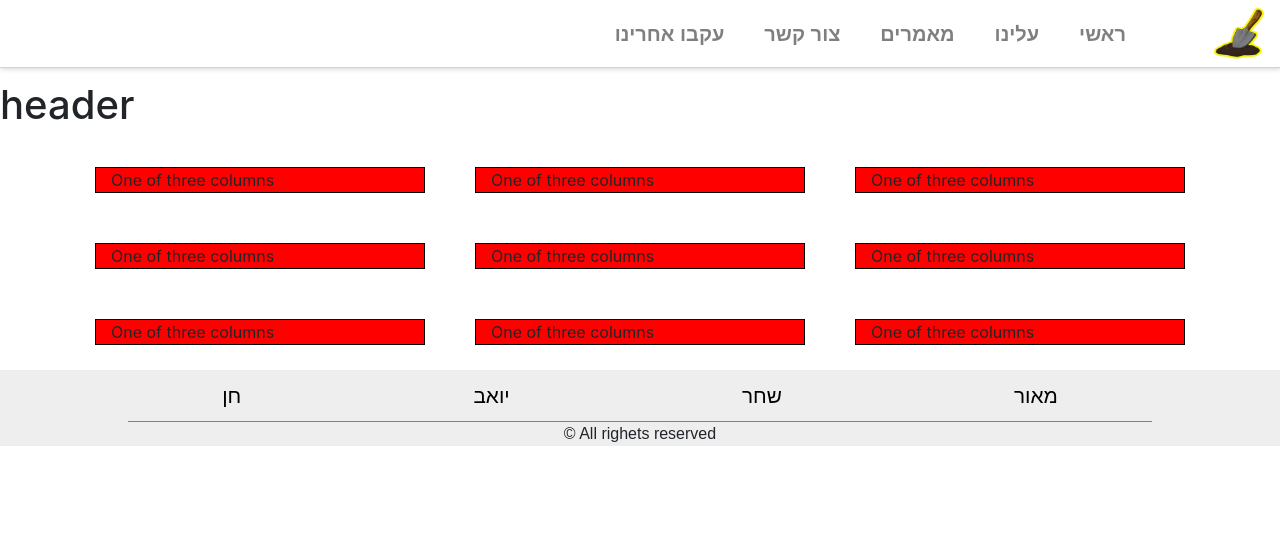
Repository: yoavBenZion/Blog-Zubi
Page: articlesPage.html
These files come from the project's save history. The page is drawn as it stood at one moment and after the next save; the edit follows.
The browser window is 1280 px wide. The pictures show the whole page.
Some web fonts or font styles are not loaded; a fallback is used. Some web libraries are served in a nearby version.

Above is the page before, as saved 2017-10-26 11:36:43.

### articlesPage.html
<!DOCTYPE html>
<html lang="he">

<head>
    <meta charset="UTF-8">
    <meta name="viewport" content="width=device-width, initial-scale=1,user-scalable=no;">
    <title>החופרים</title>
    <link rel="stylesheet" href="https://maxcdn.bootstrapcdn.com/bootstrap/4.0.0-beta/css/bootstrap.min.css" integrity="sha384-/Y6pD6FV/Vv2HJnA6t+vslU6fwYXjCFtcEpHbNJ0lyAFsXTsjBbfaDjzALeQsN6M"
        crossorigin="anonymous">
    <link rel="stylesheet" href="https://maxcdn.bootstrapcdn.com/bootstrap/4.0.0-beta.2/css/bootstrap.min.css" integrity="sha384-PsH8R72JQ3SOdhVi3uxftmaW6Vc51MKb0q5P2rRUpPvrszuE4W1povHYgTpBfshb"
        crossorigin="anonymous">

    <script src="https://code.jquery.com/jquery-3.2.1.slim.min.js" integrity="sha384-KJ3o2DKtIkvYIK3UENzmM7KCkRr/rE9/Qpg6aAZGJwFDMVNA/GpGFF93hXpG5KkN"
        crossorigin="anonymous"></script>
    <script src="https://cdnjs.cloudflare.com/ajax/libs/popper.js/1.12.3/umd/popper.min.js" integrity="sha384-vFJXuSJphROIrBnz7yo7oB41mKfc8JzQZiCq4NCceLEaO4IHwicKwpJf9c9IpFgh"
        crossorigin="anonymous"></script>
    <script src="https://maxcdn.bootstrapcdn.com/bootstrap/4.0.0-beta.2/js/bootstrap.min.js" integrity="sha384-alpBpkh1PFOepccYVYDB4do5UnbKysX5WZXm3XxPqe5iKTfUKjNkCk9SaVuEZflJ"
        crossorigin="anonymous"></script>
    <link rel="stylesheet" href="css/Gridrispon.css" type="text/css">
    <link rel="stylesheet" href="css/header.css" type="text/css">
    <link rel="stylesheet" href="css/PopupRispon.css">
    <link rel="stylesheet" href="css/footer.css">
    <link rel="stylesheet" type="text/css" href="css/articlesPage.css">



</head>

<body dir="rtl">
    <header>

        <nav class="navbar navbar-expand-sm navbar-light bg-faded">
            <button class="navbar-toggler" type="button" data-toggle="collapse" data-target="#nav-content" aria-controls="nav-content"
                aria-expanded="false" aria-label="Toggle navigation">
                <span class="navbar-toggler-icon"></span>
            </button>
            <div class="logo">
                <img src="./img/shovel-575661_1280.png">
            </div>
            <!-- Brand -->
            <a class="navbar-brand" href="#"> </a>

            <!-- Links -->
            <div class="collapse navbar-collapse" id="nav-content">
                <ul class="navbar-nav">
                    <li class="nav-item">
                        <a class="nav-link" href="#1">ראשי</a>
                    </li>
                    <li class="nav-item">
                        <a class="nav-link" href="#2">עלינו</a>
                    </li>
                    <li class="nav-item">
                        <a class="nav-link" href="#5">מאמרים</a>
                    </li>
                    <li class="nav-item">
                        <a class="nav-link" href="contact.html">צור קשר</a>
                    </li>
                    <li class="nav-item">
                        <a class="nav-link" href="subscribe.html">עקבו אחרינו</a>
                    </li>

                </ul>

            </div>

        </nav>

    </header>


    <h1>header</h1>
    <div class="container">
        <div class="row">
            <div class="col">
                One of three columns
            </div>
            <div class="col">
                One of three columns
            </div>
            <div class="col">
                One of three columns
            </div>
        </div>
        <div class="row">
            <div class="col">
                One of three columns
            </div>
            <div class="col">
                One of three columns
            </div>
            <div class="col">
                One of three columns
            </div>
        </div>
        <div class="row">
            <div class="col">
                One of three columns
            </div>
            <div class="col">
                One of three columns
            </div>
            <div class="col">
                One of three columns
            </div>
        </div>
    </div>

    <footer id="footer">
        <ul>
            <li class="box">
                <a class="button" href="#popup3">
                    מאור
                </a>
            </li>
            <li class="box">
                <a class="button" href="#popup2">
                    שחר
                </a>
            </li>
            <li class="box">
                <a class="button" href="#popup1">
                    יואב
                </a>
            </li>
            <li>
                <a class="button" href="#popup4">
                    חן
                </a>
            </li>
        </ul>
        </div>
        <!--yoav popup-->
        <div id="popup1" class="overlay">
            <div class="popup">
                <h2>Yoav Benzion</h2>
                <a class="close" href="#footer">&times;</a>
                <div class="content">
                    <div class="footer-social-icons">
                        <img class="avatar" src="img/yoav.jfif">
                        <p>front end web developer</p>
                        <h4 class="_14">Follow me on:</h4>
                        <ul class="social-icons">
                            <li>
                                <a href="https://www.facebook.com/yoav.benzion.5" target="_blank" class="social-icon">
                                    <i class="fa fa-facebook"></i>
                                </a>
                            </li>
                            <li>
                                <a href="https://twitter.com/Yoav_BenZion" target="_blank" class="social-icon">
                                    <i class="fa fa-twitter"></i>
                                </a>
                            </li>
                            <li>
                                <a href="https://github.com/yoavBenZion" target="_blank" class="social-icon">
                                    <i class="fa fa-github"></i>
                                </a>
                            </li>
                            <li>
                                <a href="https://codepen.io/yoavBZ/" target="_blank" class="social-icon">
                                    <i class="fa fa-codepen"></i>
                                </a>
                            </li>
                            <li>
                                <a href="https://www.linkedin.com/in/yoav-benzion-45818360/" target="_blank" class="social-icon">
                                    <i class="fa fa-linkedin"></i>
                                </a>
                            </li>
                            <li>
                                <a href="https://stackoverflow.com/users/8386160/yoav-b" target="_blank" class="social-icon">
                                    <i class="fa fa-stack-overflow"></i>
                                </a>
                            </li>
                        </ul>
                    </div>
                </div>
            </div>
        </div>
        <!--Shachar popup-->
        <div id="popup2" class="overlay">
            <div class="popup">
                <h2>Shachar</h2>
                <a class="close" href="#footer">&times;</a>
                <div class="content">
                    <div class="footer-social-icons">
                        <img class="avatar" src="img/kid.jpg">
                        <p>front end web developer</p>
                        <h4 class="_14">Follow me on:</h4>
                        <ul class="social-icons">
                            <li>
                                <a href="" class="social-icon">
                                    <i class="fa fa-facebook"></i>
                                </a>
                            </li>
                            <li>
                                <a href="" class="social-icon">
                                    <i class="fa fa-twitter"></i>
                                </a>
                            </li>
                            <li>
                                <a href="" class="social-icon">
                                    <i class="fa fa-github"></i>
                                </a>
                            </li>
                            <li>
                                <a href="" class="social-icon">
                                    <i class="fa fa-codepen"></i>
                                </a>
                            </li>
                            <li>
                                <a href="" class="social-icon">
                                    <i class="fa fa-linkedin"></i>
                                </a>
                            </li>
                            <li>
                                <a href="" class="social-icon">
                                    <i class="fa fa-stack-overflow"></i>
                                </a>
                            </li>
                        </ul>
                    </div>
                </div>
            </div>
        </div>

        <!--Maor popup-->

        <div id="popup3" class="overlay">
            <div class="popup">
                <h2>Maor</h2>
                <a class="close" href="#footer">&times;</a>
                <div class="content">
                    <div class="footer-social-icons">
                        <img class="avatar" src="img/mona.jpg">
                        <p>front end web developer</p>
                        <h4 class="_14">Follow me on:</h4>
                        <ul class="social-icons">
                            <li>
                                <a href="" class="social-icon">
                                    <i class="fa fa-facebook"></i>
                                </a>
                            </li>
                            <li>
                                <a href="" class="social-icon">
                                    <i class="fa fa-twitter"></i>
                                </a>
                            </li>
                            <li>
                                <a href="" class="social-icon">
                                    <i class="fa fa-github"></i>
                                </a>
                            </li>
                            <li>
                                <a href="" class="social-icon">
                                    <i class="fa fa-codepen"></i>
                                </a>
                            </li>
                            <li>
                                <a href="" class="social-icon">
                                    <i class="fa fa-linkedin"></i>
                                </a>
                            </li>
                            <li>
                                <a href="" class="social-icon">
                                    <i class="fa fa-stack-overflow"></i>
                                </a>
                            </li>
                        </ul>
                    </div>
                </div>
            </div>
        </div>

        <!--Chen popup-->
        <div id="popup4" class="overlay">
            <div class="popup">
                <h2>Chen Ginsberg</h2>
                <a class="close" href="#footer">&times;</a>
                <div class="content">
                    <!--          <div class="footer-social-icons">-->
                    <img class="avatar" src="img/MINER.jpg">
                    <p>front end web developer</p>
                    <h4 class="_14">Follow me on:</h4>
                    <ul class="social-icons">
                        <li>
                            <a href="https://www.facebook.com/chenogi" class="social-icon">
                                <i class="fa fa-facebook"></i>
                            </a>
                        </li>
                        <li>
                            <a href="https://github.com/ChenGinsberg?" class="social-icon">
                                <i class="fa fa-github"></i>
                            </a>
                        </li>
                        <li>
                            <a href="https://www.linkedin.com/in/chen-ginsberg-8829a713b/" class="social-icon">
                                <i class="fa fa-linkedin"></i>
                            </a>
                        </li>
                        <li>
                            <a href="https://stackoverflow.com/users/8377318/chen-ginsberg" class="social-icon">
                                <i class="fa fa-stack-overflow"></i>
                            </a>
                        </li>
                    </ul>
                </div>
            </div>
        </div>



        <div class="footer-bottem" dir="ltr">&copy; All righets reserved </div>
    </footer>
    <script src="https://code.jquery.com/jquery-3.2.1.slim.min.js" integrity="sha384-KJ3o2DKtIkvYIK3UENzmM7KCkRr/rE9/Qpg6aAZGJwFDMVNA/GpGFF93hXpG5KkN"
        crossorigin="anonymous"></script>
    <script src="https://cdnjs.cloudflare.com/ajax/libs/popper.js/1.11.0/umd/popper.min.js" integrity="sha384-b/U6ypiBEHpOf/4+1nzFpr53nxSS+GLCkfwBdFNTxtclqqenISfwAzpKaMNFNmj4"
        crossorigin="anonymous"></script>
    <script src="https://maxcdn.bootstrapcdn.com/bootstrap/4.0.0-beta/js/bootstrap.min.js" integrity="sha384-h0AbiXch4ZDo7tp9hKZ4TsHbi047NrKGLO3SEJAg45jXxnGIfYzk4Si90RDIqNm1"
        crossorigin="anonymous"></script>
</body>

</html>

### css/footer.css
@import url(http://fonts.googleapis.com/earlyaccess/alefhebrew.css);
footer {
  background-color: #eee;
  text-align: center;
  font-family: "Alef Hebrew", sans-serif;
  font-size: 1.3rem;
}

footer ul {
  display: flex;
  flex-direction: row;
  padding-right: 0;
  justify-content: space-evenly;
}

footer ul>li {
  list-style: none;
  padding: 10px;
  /*  background-color: #29C3FF;*/
}

footer ul>li:nth-child(odd) {
  color: #93A2A8;
}

footer ul>li:nth-child(even) {
  color: #E2DDE7;
}

footer ul>li:hover {
  background-color: #fff;
  /*  flex: 1;*/
  /*  font-size: 1.5rem;*/
  color: #E2DD11;
  /*  background-repeat: no-repeat;*/
}


/*
footer ul {
  display: grid;
  grid-template-columns: repeat(4, 1fr);
  grid-auto-rows:minmax(50px, auto);
  margin-right: -40px;
 grid-gap: 0.5em;
}
*/

.about,
.footer-bottem {
  text-align: center;
  width: 80%;
  margin: 0 auto;
}

.about {
  border-bottom: 1px dotted black;
}

.footer-bottem {
  border-top: 0.5px solid grey;
  font-size: 1rem;
}

### css/articlesPage.css
/* Grid */

body {
    background-color: ;
}

.col {
    background-color: red;
    margin: 25px;
    height: 40%;
    border: 1px solid black;
}

Loaded but not shown: css/PopupRispon.css (986 lines, source omitted); css/Gridrispon.css (977 lines, source omitted); css/header.css (no stored copy; drawn as an empty file)

After the next save:
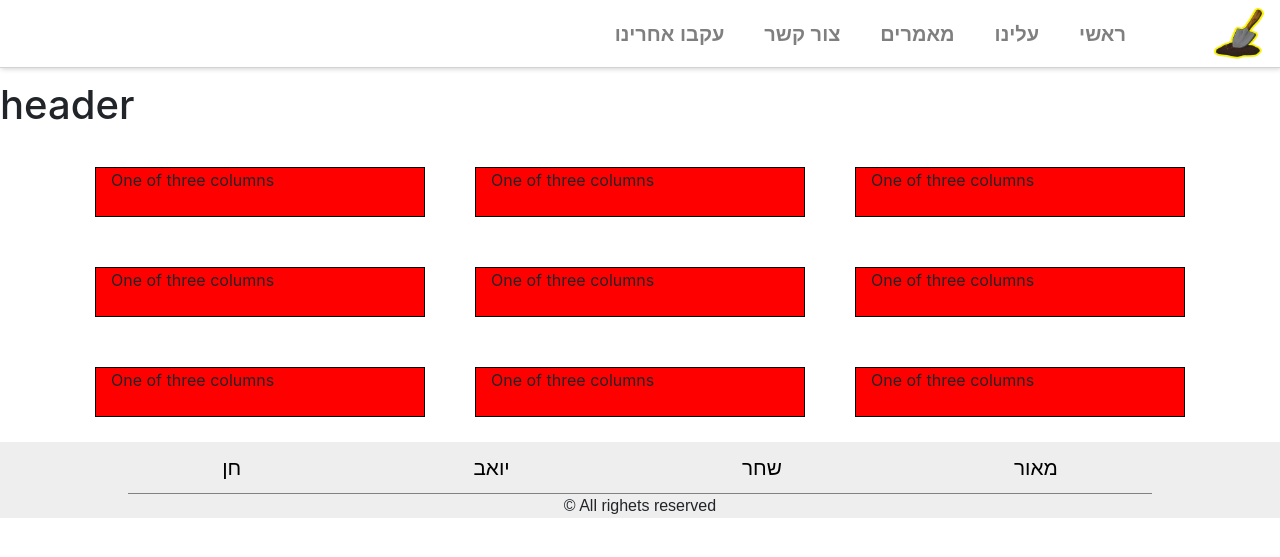
Saved 12 s later.
--- a/css/articlesPage.css
+++ b/css/articlesPage.css
@@ -7,6 +7,6 @@ body {
 .col {
     background-color: red;
     margin: 25px;
-    height: 40%;
+    height: 50px;
     border: 1px solid black;
 }
